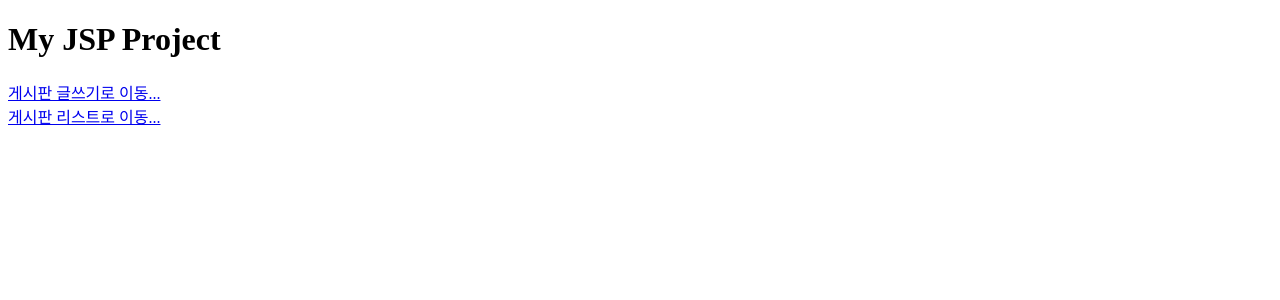
Repository: Leesunghoon1/pjthome
Page: http://localhost/jsp_pjt/
An editor plug-in stored every save of this project. The page is shown before and after the next save, followed by the edit.
The browser window is 1280 px wide. The pictures show the whole page.
The page is served by Tomcat 9. Other server files are loaded and not shown.

Above is the page before, as saved 2023-09-21 11:16:23.

### jsp_pjt-main/jsp_pjt/src/main/webapp/index.jsp
<%@ page language="java" contentType="text/html; charset=UTF-8"
    pageEncoding="UTF-8"%>
    <!-- 토글  -->
    	<%@ taglib uri="http://java.sun.com/jsp/jstl/core" prefix="c" %>
<!DOCTYPE html>
<html>
<head>
<meta charset="UTF-8">
<title>Insert title here</title>
</head>
<body>
<h1>My JSP Project</h1>
	<a href="/brd/register">게시판 글쓰기로 이동...</a>
	<br>
	<a href="/brd/list">게시판 리스트로 이동...</a>


</body>
</html>

After the next save:
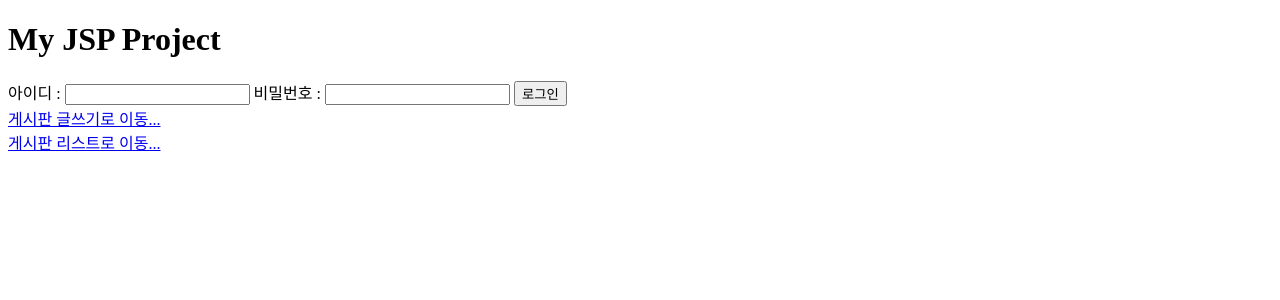
Saved 98 s later.
--- a/jsp_pjt-main/jsp_pjt/src/main/webapp/index.jsp
+++ b/jsp_pjt-main/jsp_pjt/src/main/webapp/index.jsp
@@ -10,6 +10,12 @@
 </head>
 <body>
 <h1>My JSP Project</h1>
+	<form action="/mem/login" method="post">
+	아이디 : <input type="text" name="id">
+	비밀번호 : <input tpye="password" name="pwd">
+	<button tpye="submit">로그인</button>
+	</form>
+
 	<a href="/brd/register">게시판 글쓰기로 이동...</a>
 	<br>
 	<a href="/brd/list">게시판 리스트로 이동...</a>
